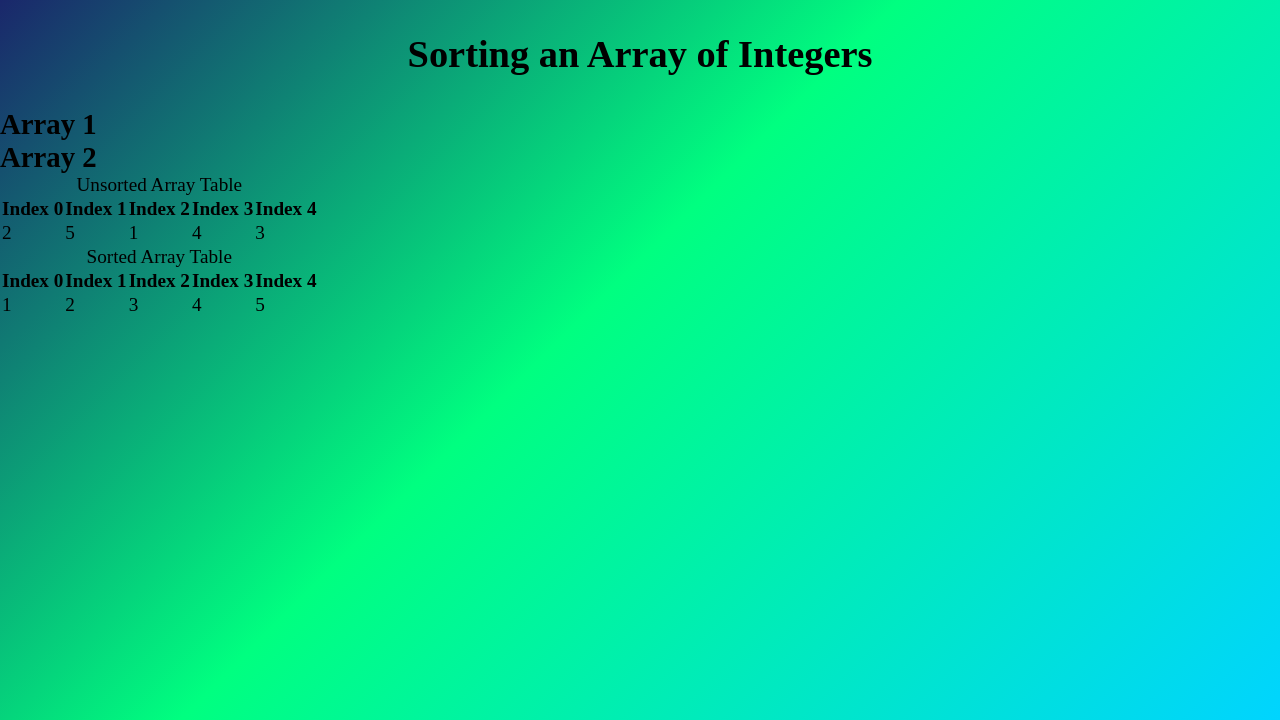
Repository: mlmEFSC21/P16-Sorting-Integers
Page: sort.html
The author's editor kept a copy of each file at every save. The page is drawn from the files as they stood at one save, then again after a run of saves.
The browser window is 1280 px wide. The pictures show the whole page.

Above is the page before, as saved 2022-03-24 18:15:35.

After the next 2 saves:
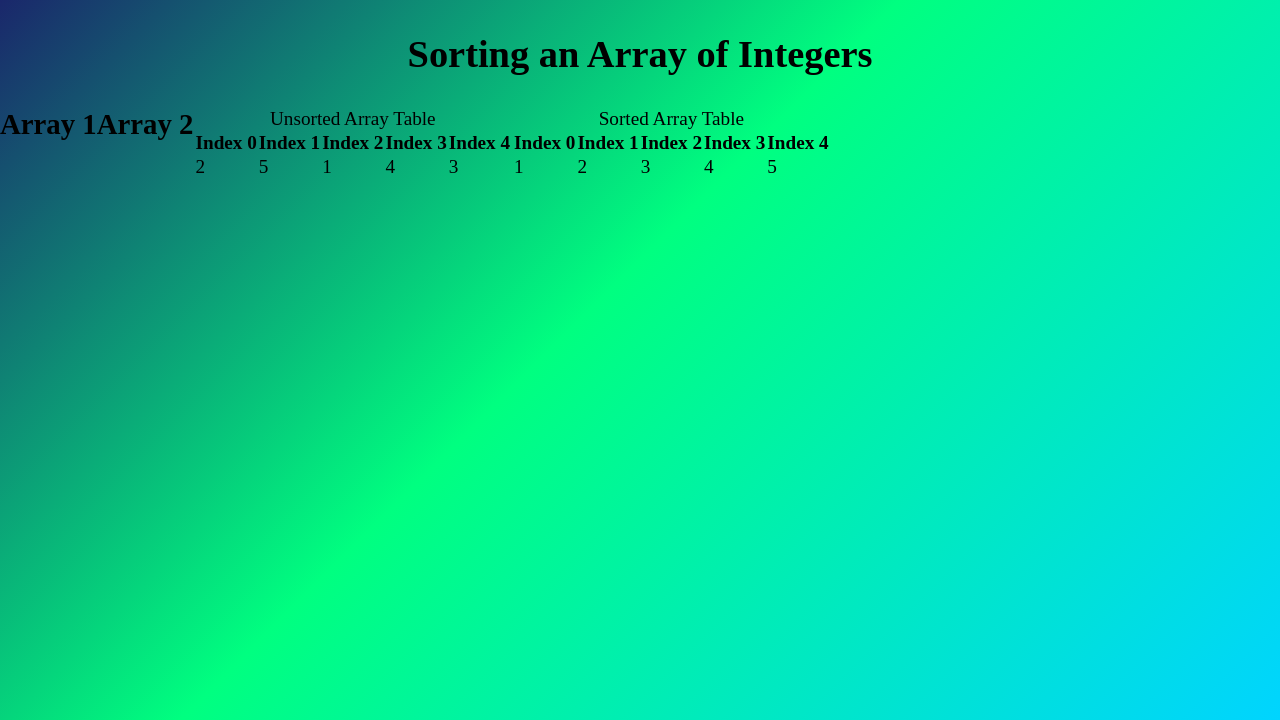
The 2 saves are shown as one change because they came seconds apart.
The last was saved 48 s later.
--- a/sort.css
+++ b/sort.css
@@ -29,3 +29,6 @@ body {
     align-items: center;
     justify-content: center;
 }
+.arrayContainer {
+    display: flex;
+}
